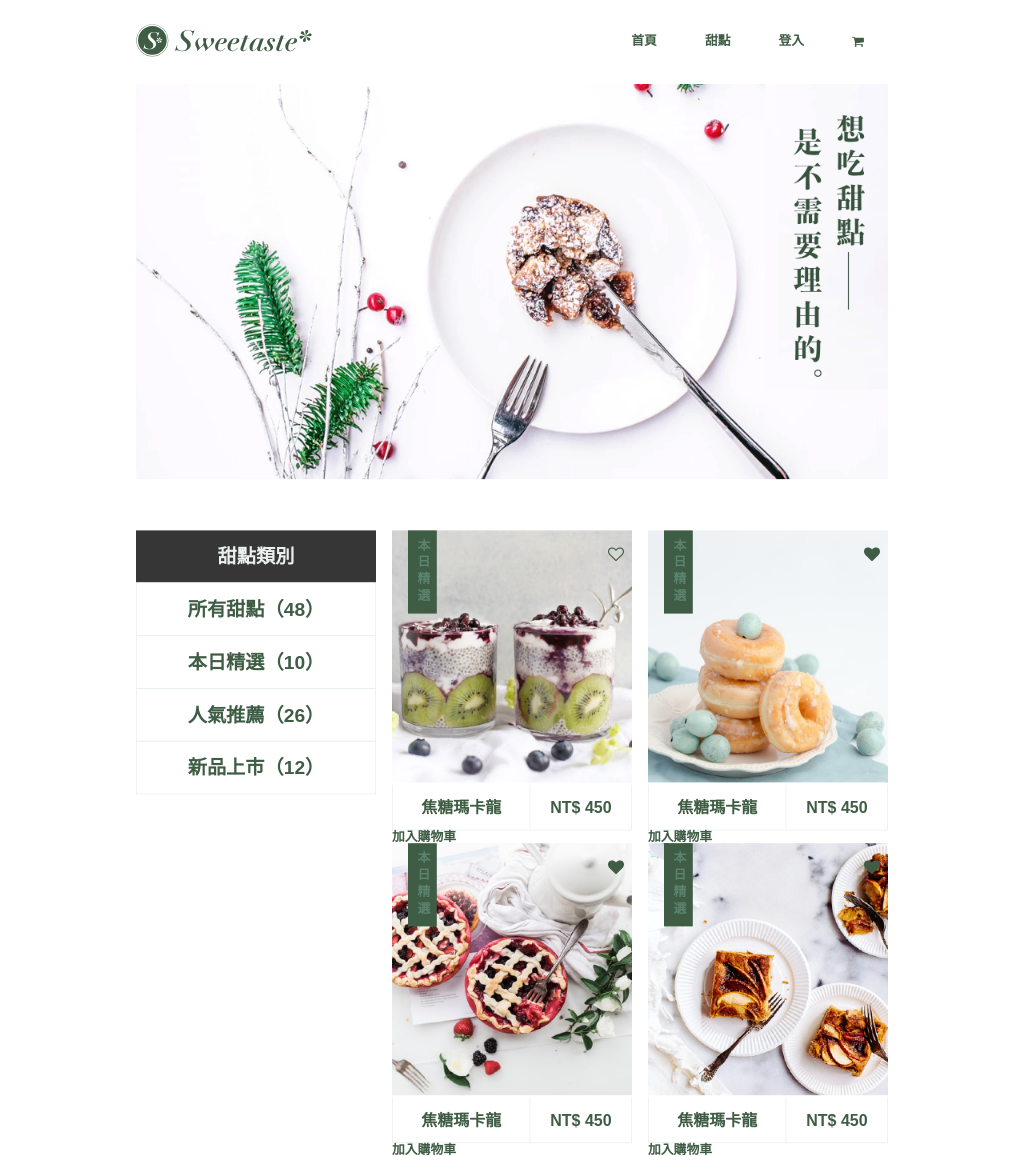
Repository: michelle61219/Sweets
Page: index.html
The author's editor kept a copy of each file at every save. The page is drawn from the files as they stood at one save, then again after the next save.
The browser window is 1280 px wide. The pictures show the whole page, at 80% of full size.

Above is the page before, as saved 2021-06-13 15:42:22.

### index.html
<!DOCTYPE html>
<html lang="en">
	<head>
		<meta charset="UTF-8" />
		<meta http-equiv="X-UA-Compatible" content="IE=edge" />
		<meta name="viewport" content="width=device-width, initial-scale=1.0" />
		<link rel="stylesheet" href="style.css" />
		<link
			rel="stylesheet"
			href="https://cdnjs.cloudflare.com/ajax/libs/font-awesome/4.7.0/css/font-awesome.min.css"
		/>
		<title>甜點電商</title>
	</head>
	<body>
		<header></header>
		<div class="header container">
			<h1>
				<a href="#">
					<img
						width="220"
						height="40"
						src="images/logo-all-dark.svg"
						alt="logo"
					/>
				</a>
			</h1>
			<nav>
				<ul class="menu">
					<li><a href="#">首頁</a></li>
					<li><a href="#">甜點</a></li>
					<li><a href="#">登入</a></li>
					<li>
						<a href="#">
							<i class="fa fa-shopping-cart"></i>
						</a>
					</li>
				</ul>
			</nav>
		</div>
		<div class="banner container">
			<img src="images/banner.png" alt="banner" />
		</div>
		<div class="main container">
			<div class="aside">
				<h2>甜點類別</h2>
				<ul>
					<li><a href="#">所有甜點（48）</a></li>
					<li><a href="#">本日精選（10）</a></li>
					<li><a href="#">人氣推薦（26）</a></li>
					<li><a href="#">新品上市（12）</a></li>
				</ul>
			</div>
			<div class="productList">
				<ul class="productList-card">
					<li>
						<div class="tag">本日精選</div>
						<i class="fa fa-heart-o heart"></i>
						<img src="images/p-1.png" alt="p1" />
						<div class="productList-card-body">
							<h2>焦糖瑪卡龍</h2>
							<span>NT$ 450</span>
						</div>
						<a href="#" class="cart">加入購物車</a>
					</li>
					<li>
						<div class="tag">本日精選</div>
						<i class="fa fa-heart heart"></i>
						<img src="images/p-2.png" alt="p1" />
						<div class="productList-card-body">
							<h2>焦糖瑪卡龍</h2>
							<span>NT$ 450</span>
						</div>
						<a href="#" class="cart">加入購物車</a>
					</li>
					<li>
						<div class="tag">本日精選</div>
						<i class="fa fa-heart heart"></i>
						<img src="images/p-3.png" alt="p1" />
						<div class="productList-card-body">
							<h2>焦糖瑪卡龍</h2>
							<span>NT$ 450</span>
						</div>
						<a href="#" class="cart">加入購物車</a>
					</li>
					<li>
						<div class="tag">本日精選</div>
						<i class="fa fa-heart heart"></i>
						<img src="images/p-4.png" alt="p1" />
						<div class="productList-card-body">
							<h2>焦糖瑪卡龍</h2>
							<span>NT$ 450</span>
						</div>
						<a href="#" class="cart">加入購物車</a>
					</li>
				</ul>
			</div>
		</div>
	</body>
</html>

### style.css
/* http://meyerweb.com/eric/tools/css/reset/
   v2.0 | 20110126
   License: none (public domain)
*/

html,
body,
div,
span,
applet,
object,
iframe,
h1,
h2,
h3,
h4,
h5,
h6,
p,
blockquote,
pre,
a,
abbr,
acronym,
address,
big,
cite,
code,
del,
dfn,
em,
img,
ins,
kbd,
q,
s,
samp,
small,
strike,
strong,
sub,
sup,
tt,
var,
b,
u,
i,
center,
dl,
dt,
dd,
ol,
ul,
li,
fieldset,
form,
label,
legend,
table,
caption,
tbody,
tfoot,
thead,
tr,
th,
td,
article,
aside,
canvas,
details,
embed,
figure,
figcaption,
footer,
header,
hgroup,
menu,
nav,
output,
ruby,
section,
summary,
time,
mark,
audio,
video {
	margin: 0;
	padding: 0;
	border: 0;
	font-size: 100%;
	font: inherit;
	vertical-align: baseline;
}
/* HTML5 display-role reset for older browsers */
article,
aside,
details,
figcaption,
figure,
footer,
header,
hgroup,
menu,
nav,
section {
	display: block;
}
body {
	line-height: 1;
}
ol,
ul {
	list-style: none;
}
blockquote,
q {
	quotes: none;
}
blockquote:before,
blockquote:after,
q:before,
q:after {
	content: '';
	content: none;
}
table {
	border-collapse: collapse;
	border-spacing: 0;
}
img {
	max-width: 100%;
	height: auto;
}

/* ---CSS Starts from Here--- */

body {
	color: #3f5d45;
	font-family: Arial, Helvetica, sans-serif;
	font-weight: bold;
}

a {
	color: #3f5d45;
	text-decoration: none;
}

.container {
	width: 940px; /* based on main image */
	margin: 0 auto;
}

.header {
	display: flex;
	justify-content: space-between;
	align-items: center;
	padding-top: 30px;
	padding-bottom: 30px;
}

.menu {
	display: flex;
}

.menu a {
	padding: 10px 30px 8px 30px;
}

.menu a:hover {
	background: #3f5d45;
	color: white;
}

.banner {
	margin-bottom: 60px;
}

.main {
	display: flex;
	justify-content: space-between;
}

/* based on banner's width */
.aside {
	width: 300px;
}

.aside h2 {
	background: #363636;
	color: #eaf0ed;
	text-align: center;
	font-size: 24px;
	line-height: 65px;
}

.aside li {
	/* Avoid overlaying border lines between each list */
	margin-bottom: -1px;
}
.aside a {
	font-size: 24px;
	text-align: center;
	display: block;
	line-height: 65px;
	border: 1px solid #eaf0ed;
}
.aside a:hover {
	background: #eaf0ed;
}

.productList {
	width: 620px;
}
.productList-card {
	display: flex;
	flex-wrap: wrap;
	justify-content: space-between;
}
.productList-card li {
	width: 300px;
	position: relative;
}

.productList-card .tag {
	position: absolute;
	left: 20px;
	top: 0px;
	/* text */
	writing-mode: vertical-lr;
	letter-spacing: 5px;
	padding: 10px;
	background: #3f5d45;
	color: #5c8370;
}
.productList-card .heart {
	position: absolute;
	right: 10px;
	top: 20px;
	font-size: 20px;
}
.productList-card-body {
	display: flex;
	border-bottom: 1px solid #eaf0ed;
	border-left: 1px solid #eaf0ed;
	border-right: 1px solid #eaf0ed;
	line-height: 56px;
	font-size: 20px;
	text-align: center;
}
.productList-card-body h2 {
	/* 300-127 */
	width: 173px;
	border-right: 1px solid #eaf0ed;
}
.productList-card-body span {
	width: 127px;
	font-weight: bold;
}

After the next save:
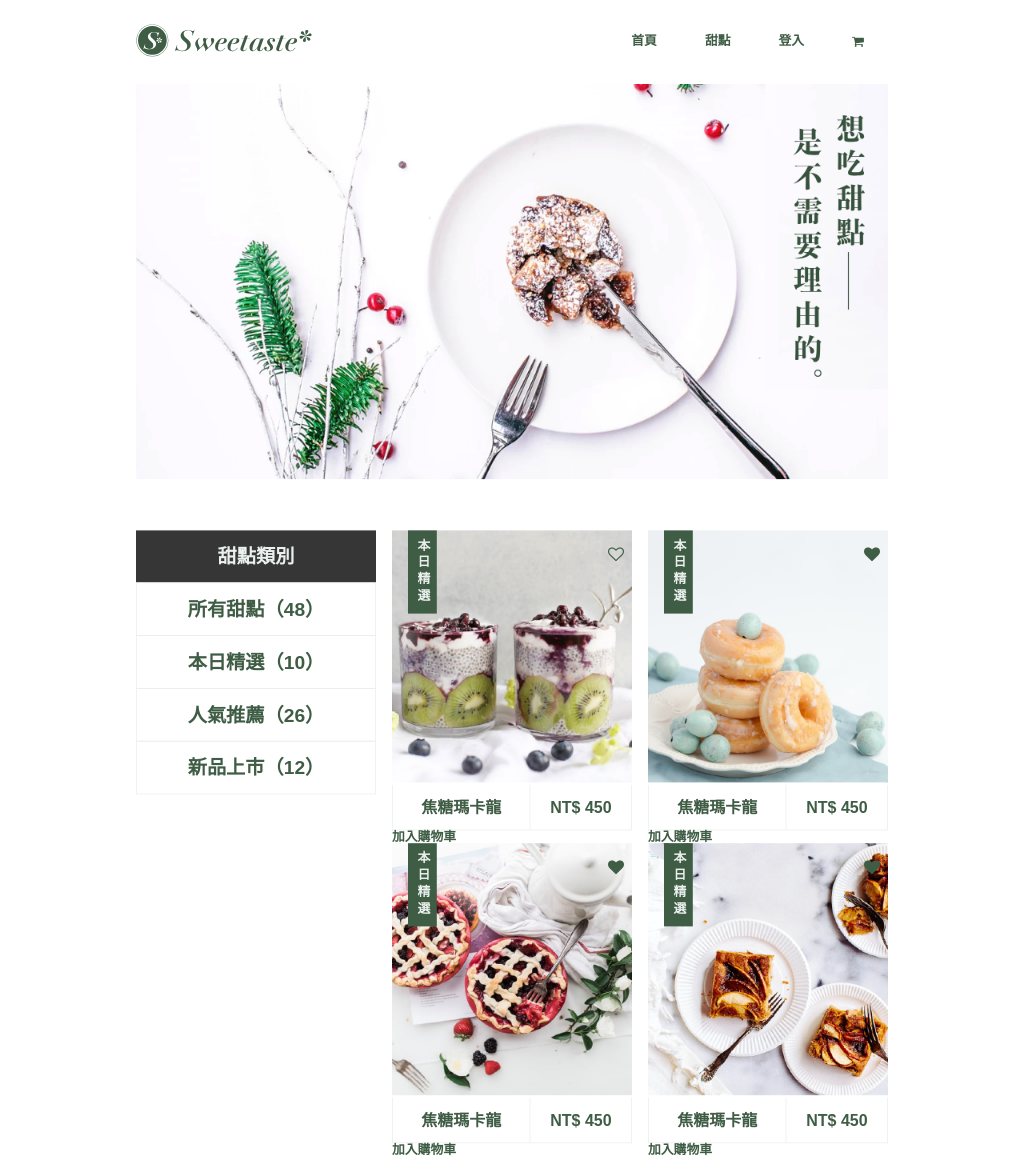
Saved 66 s later.
--- a/style.css
+++ b/style.css
@@ -230,7 +230,7 @@ a {
 	letter-spacing: 5px;
 	padding: 10px;
 	background: #3f5d45;
-	color: #5c8370;
+	color: #eaf0ed;
 }
 .productList-card .heart {
 	position: absolute;
